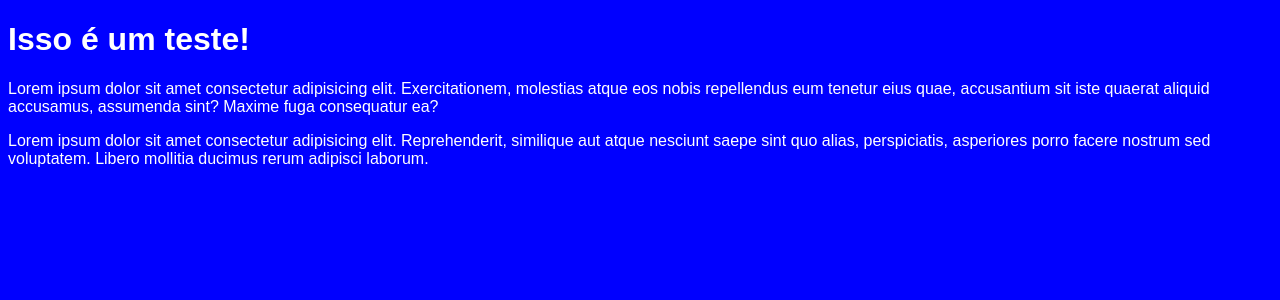
Repository: railsondev/html-css
Page: Módulo4/Exercício/pag01.html
An editor plug-in stored every save of this project. The page is shown before and after the next save, followed by the edit.
The browser window is 1280 px wide. The pictures show the whole page.

Above is the page before, as saved 2024-10-22 22:08:32.

### Módulo4/Exercício/pag01.html
<!DOCTYPE html>
<html lang="pt-br">
<head>
  <meta charset="UTF-8">
  <meta name="viewport" content="width=device-width, initial-scale=1.0">
  <title>Site de teste</title>
  <style>
    body {
      font-family: Arial, Helvetica, sans-serif;
      background-color: blue;
      color: white;
    }
  </style>
</head>
<body>
  <h1>Isso é  um teste!</h1>
  <p>Lorem ipsum dolor sit amet consectetur adipisicing elit. Exercitationem, molestias atque eos nobis repellendus eum tenetur eius quae, accusantium sit iste quaerat aliquid accusamus, assumenda sint? Maxime fuga consequatur ea?</p>
  <p>Lorem ipsum dolor sit amet consectetur adipisicing elit. Reprehenderit, similique aut atque nesciunt saepe sint quo alias, perspiciatis, asperiores porro facere nostrum sed voluptatem. Libero mollitia ducimus rerum adipisci laborum.</p>
</body>
</html>

After the next save:
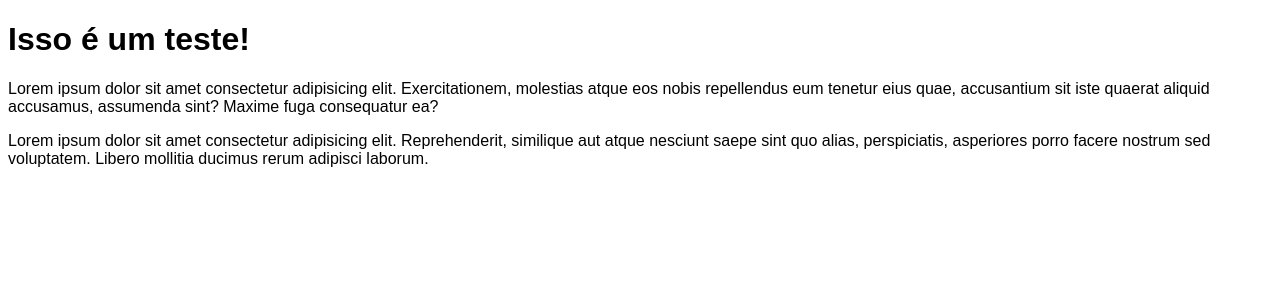
Saved 73 s later.
--- a/Módulo4/Exercício/pag01.html
+++ b/Módulo4/Exercício/pag01.html
@@ -7,8 +7,6 @@
   <style>
     body {
       font-family: Arial, Helvetica, sans-serif;
-      background-color: blue;
-      color: white;
     }
   </style>
 </head>
